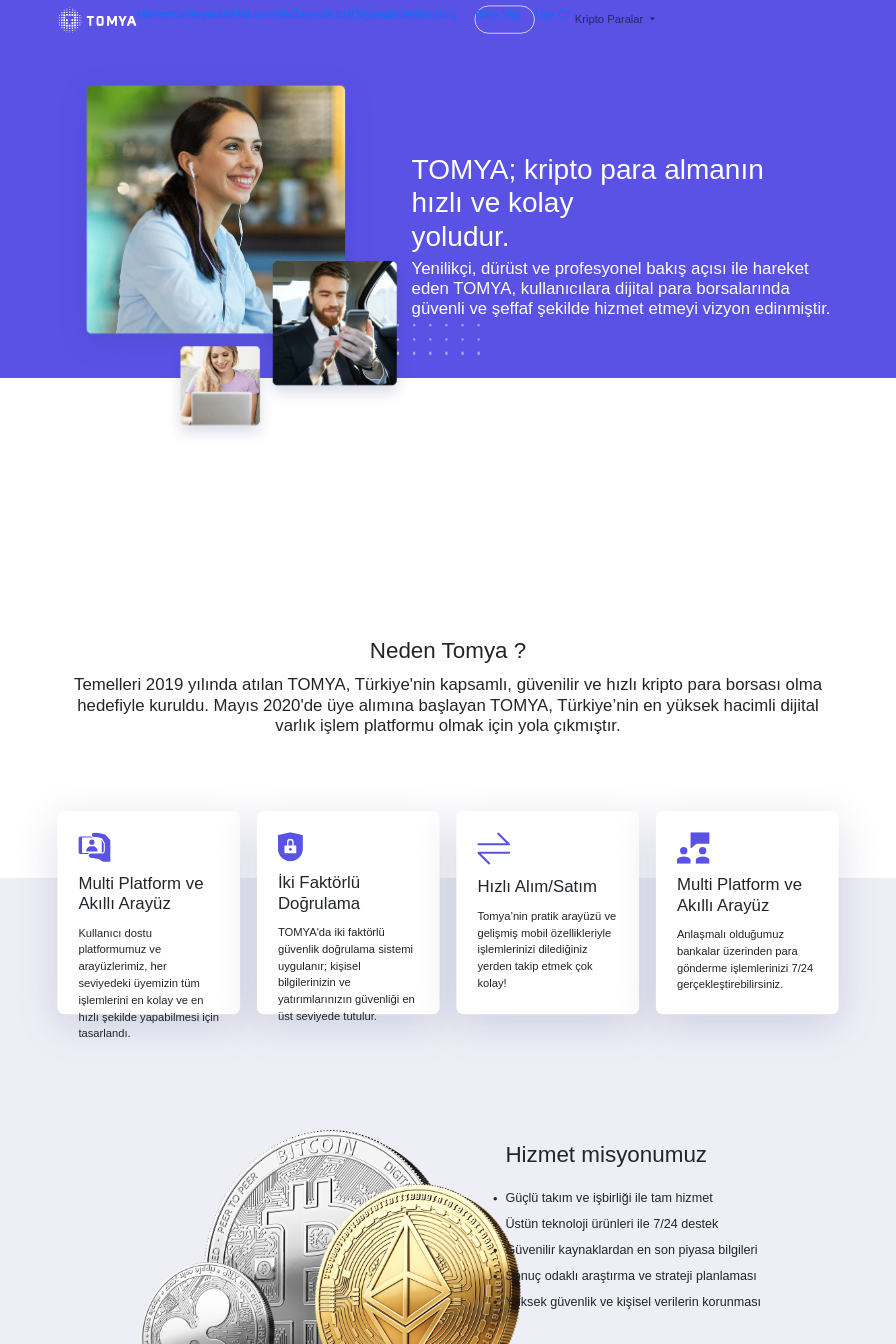
Repository: ezgibayrakli/TomyaProje
Page: index copy.html
An editor plug-in stored every save of this project. The page is shown before and after the next save, followed by the edit.
The browser window is 1280 px wide. The pictures show the part of the page from y = 0 to 1920 px (the page is 5181 px tall), at 70% of full size.
Some web fonts or font styles are not loaded; a fallback is used.

Above is the page before, as saved 2023-07-06 13:31:14.

After the next save:
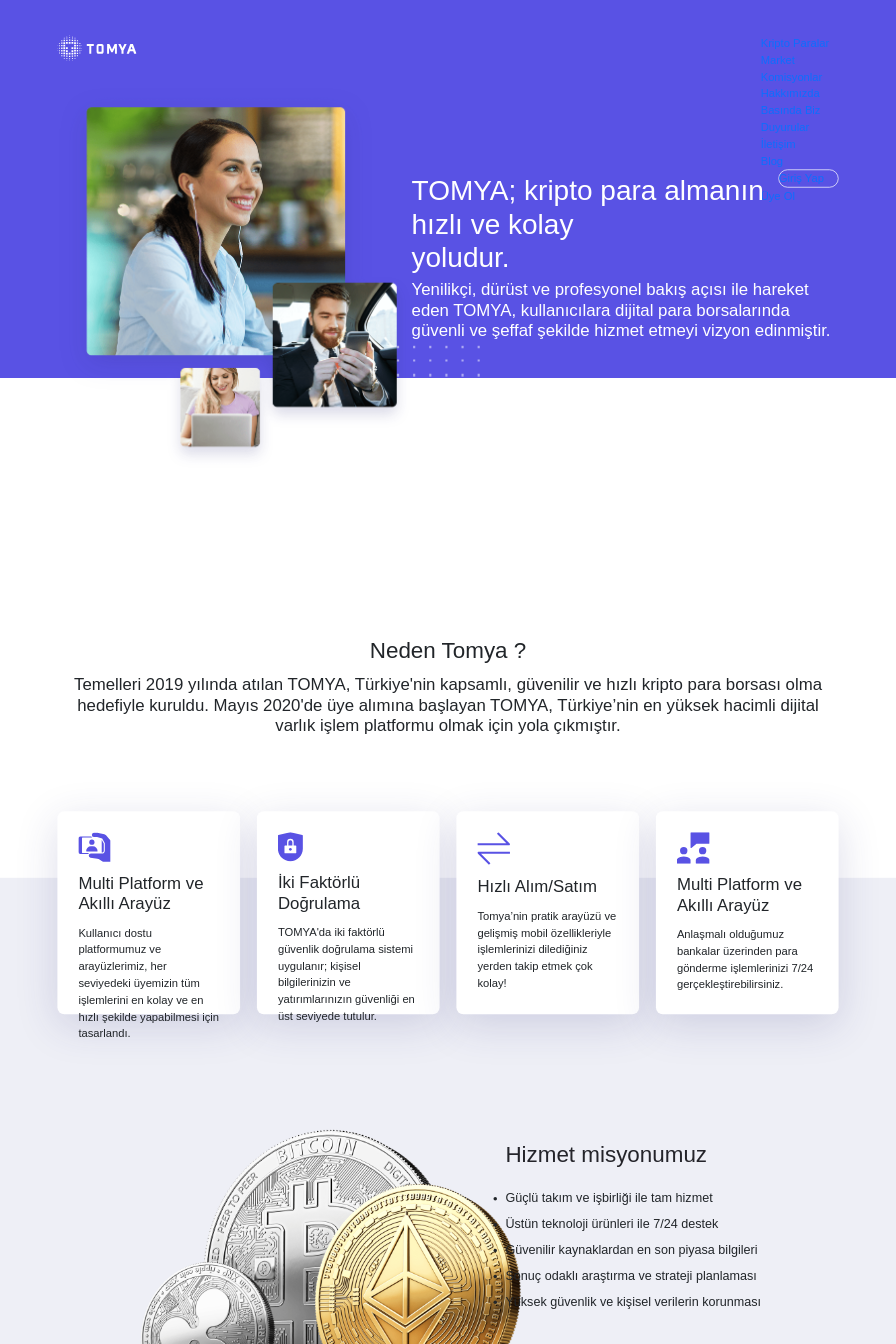
Saved 19 s later.
--- a/index copy.html
+++ b/index copy.html
@@ -13,37 +13,26 @@
     <section id="header">
         <div class="header">
             <div class="container">
-                <nav class="navbar navbar-expand-lg navbar-light">
+                <div class="header-navbar">
                     <div class="header-logo">
                         <img src="photo/tomya-logo.svg" alt="">
                     </div>
-                    <button class="navbar-toggler" type="button" data-toggle="collapse" data-target="#navbarNavDropdown" aria-controls="navbarNavDropdown" aria-expanded="false" aria-label="Toggle navigation">
-                      <span class="navbar-toggler-icon"></span>
-                    </button>
-                    <div class="collapse navbar-collapse" id="navbarNavDropdown">
-                      <ul class="navbar-nav">
-                        <li><a href="#">Market</a></li>
-                        <li><a href="#">Komisyonlar</a></li>
-                        <li><a href="#">Hakkımızda</a></li>
-                        <li><a href="#">Basında Biz</a></li>
-                        <li><a href="#">Duyurular</a></li>
-                        <li><a href="#">İletişim</a></li>
-                        <li><a href="#">Blog</a></li>
-                        <li class="enter"><a href="#">Giriş Yap</a></li>
-                        <li><a href="#">Üye Ol</a></li>
-                        <li class="nav-item dropdown">
-                          <a class="nav-link dropdown-toggle" href="#" id="navbarDropdownMenuLink" data-toggle="dropdown" aria-haspopup="true" aria-expanded="false">
-                            Kripto Paralar
-                          </a>
-                          <div class="dropdown-menu" aria-labelledby="navbarDropdownMenuLink">
-                            <a class="dropdown-item" href="#">Action</a>
-                            <a class="dropdown-item" href="#">Another action</a>
-                            <a class="dropdown-item" href="#">Something else here</a>
-                          </div>
-                        </li>
-                      </ul>
-                    </div>
-                  </nav>
+                    <div class="header-menu">
+                        <ul id="menu-items" style="max-height: 0px;">
+                            <li><a href="#">Kripto Paralar</a></li>
+                            <li><a href="#">Market</a></li>
+                            <li><a href="#">Komisyonlar</a></li>
+                            <li><a href="#">Hakkımızda</a></li>
+                            <li><a href="#">Basında Biz</a></li>
+                            <li><a href="#">Duyurular</a></li>
+                            <li><a href="#">İletişim</a></li>
+                            <li><a href="#">Blog</a></li>
+                            <li class="enter"><a href="#">Giriş Yap</a></li>
+                            <li><a href="#">Üye Ol</a></li>
+                        </ul>
+                        <i class="fa-solid fa-bars" id="menu-toggle" onclick="menuToggle()"></i>
+                    </div>
+                </div>
                 <div class="header-text">
                     <div class="header-about-img">
                         <span class="icons-header"></span>
